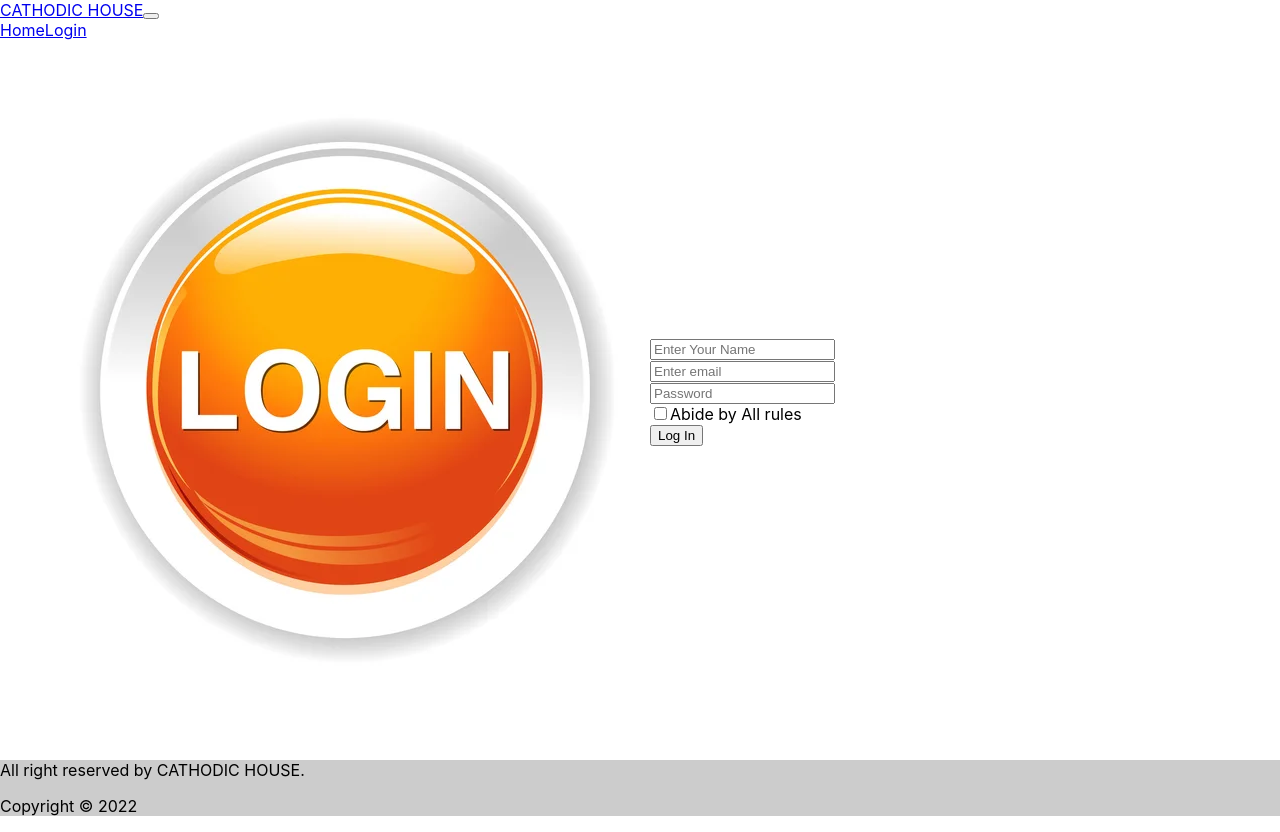
Repository: grnisna/warehouse-management-client-11
Page: /login
The author's editor kept a copy of each file at every save. The page is drawn from the files as they stood at one save, then again after the next save.
The browser window is 1280 px wide. The pictures show the whole page.
The project was rebuilt for these pictures with package versions that can differ from the ones it lists, and the page was loaded fresh each time. Also part of the build but not shown: src/components/Home/Carosel/Carosel.css, src/components/Home/Carosel/Carosel.js, src/components/Hooks/UseItems/UseItems.js, src/components/Home/Item/Item.css, src/components/Home/Item/Item.js, src/components/Home/Items/Items.css, src/components/Home/Items/Items.js, src/components/Home/Home.js and 3 more.

Above is the page before, as saved 2022-05-09 20:22:13.

### src/App.js
import { Route, Routes } from 'react-router-dom';
import Login from './components/Login/Login/Login';
import Header from './components/Home/Header/Header';
import Home from './components/Home/Home';
import ItemDetail from './components/Home/ItemDetail/ItemDetail';
import Footer from './components/Home/Footer/Footer';
import Carosel from './components/Home/Carosel/Carosel';
import { ToastContainer } from 'react-toastify';
import 'react-toastify/dist/ReactToastify.css';
import Registration from './components/Login/Registration/Registration';


function App() {
  return (
    <div>
      <Header></Header>
      <Routes>
        <Route path='/' element={<Home></Home>} ></Route>
        <Route path='/home' element={<Home></Home>} ></Route>
        <Route path='/carosel' element={<Carosel></Carosel>} ></Route>
        <Route path='/itemDetail/:itemId' element={<ItemDetail></ItemDetail>} ></Route>
        <Route path='/registration' element={<Registration></Registration>} ></Route>
        <Route path='/login' element={<Login></Login>} ></Route>
      </Routes>
      <Footer></Footer>
      <ToastContainer/>
    </div>
  );
}

export default App;

### src/components/Login/Login/Login.js
import React from 'react';
import auth from './firebase/firebase.init';
import { useCreateUserWithEmailAndPassword } from 'react-firebase-hooks/auth';
import { Button, Form } from 'react-bootstrap';
import image from '../../../images/login/login-image.jpg';
import './Login.css';

const Login = () => {
    const [
        createUserWithEmailAndPassword,
        user,
        loading,
        error,
      ] = useCreateUserWithEmailAndPassword(auth);

      const handleSignIn = event =>{
          event.preventDefault();
          const email = event.target.email.value;
          const password = event.target.password.value;
        createUserWithEmailAndPassword(email,password);
      }
    return (
        <div className=" login " >
            <div className='image-area' >
                <img className='img-fluid' src={image} alt="" />
            </div>

            <div>
            <Form onSubmit={handleSignIn}>
                <Form.Group className="mb-3" controlId="formBasicText">

                    <Form.Control type="text"  placeholder="Enter Your Name" />
                </Form.Group>

                <Form.Group className="mb-3" controlId="formBasicEmail">

                    <Form.Control type="email" name='email' placeholder="Enter email" />
                </Form.Group>

                <Form.Group className="mb-3" controlId="formBasicPassword">

                    <Form.Control type="password" name='password' placeholder="Password" />
                </Form.Group>

                <Form.Group className="mb-3" controlId="formBasicCheckbox">
                    <Form.Check type="checkbox" label="Abide by All rules" />
                </Form.Group>

                <Button className='w-100' variant="primary" type="submit">
                   Log In
                </Button>
            </Form>
            </div>
        </div>
    );
};

export default Login;

### src/components/Home/Header/Header.js
import React from 'react';
import { Container, Nav, Navbar } from 'react-bootstrap';
import { Link } from 'react-router-dom';

const Header = () => {
    return (
        <Navbar collapseOnSelect expand="lg" bg="dark" variant="dark">
            <Container>
                <Navbar.Brand as={Link} to="/home">CATHODIC HOUSE</Navbar.Brand>
                <Navbar.Toggle aria-controls="responsive-navbar-nav" />
                <Navbar.Collapse id="responsive-navbar-nav">
                    <Nav className="me-auto">
                        <Nav.Link href="#"></Nav.Link>
                        <Nav.Link href="#"></Nav.Link>

                    </Nav>
                    <Nav>
                        <Nav.Link as={Link} to="/home">Home</Nav.Link>
                        <Nav.Link eventKey={2}as={Link} to='/login'>
                            Login
                        </Nav.Link>
                    </Nav>
                </Navbar.Collapse>
            </Container>
        </Navbar>
    );
};

export default Header;

### src/components/Home/Footer/Footer.js
import React from 'react';
import './Footer.css';

const Footer = () => {
    const date = new Date().getFullYear();
    return (
        <div className='backgrond p-3 text-center' >
            <p>All right reserved by CATHODIC HOUSE.</p>
            <p><span>Copyright &copy; {date} </span></p>
        </div>
    );
};

export default Footer;

### src/components/Login/Login/firebase/firebase.init.js
// Import the functions you need from the SDKs you need
import { initializeApp } from "firebase/app";

import { getAuth } from "firebase/auth";
// TODO: Add SDKs for Firebase products that you want to use
// https://firebase.google.com/docs/web/setup#available-libraries

// Your web app's Firebase configuration
// For Firebase JS SDK v7.20.0 and later, measurementId is optional
const firebaseConfig = {
  apiKey: process.env.REACT_APP_apiKey,
  authDomain: process.env.REACT_APP_authDomain,
  projectId: process.env.REACT_APP_projectId,
  storageBucket: process.env.REACT_APP_storageBucket,
  messagingSenderId: process.env.REACT_APP_messagingSenderId,
  appId: process.env.REACT_APP_appId,
  measurementId: process.env.REACT_APP_measurementId
};

// Initialize Firebase
const app = initializeApp(firebaseConfig);

const auth = getAuth(app);

export default auth;

### src/components/Login/Login/Login.css
.login{
    display: grid;
    grid-template-columns: repeat(2,1fr);
    grid-gap: 10px;
    padding: 50px;
    align-items: center;

}
.image-area{
    width: 60%;
    height: auto;
}

### src/components/Home/Footer/Footer.css
.backgrond{
    background-color: #ccc;
}

### src/components/Login/Registration/Registration.css
.registration{
    display: grid;
    grid-template-columns: repeat(2,1fr);
    grid-gap: 10px;
    padding: 50px;

}
.image-area{
    width: 100%;
    height: auto;
}

Loaded but not shown: src/index.js (common file); src/index.css (common file); src/reportWebVitals.js (common file)

After the next save:
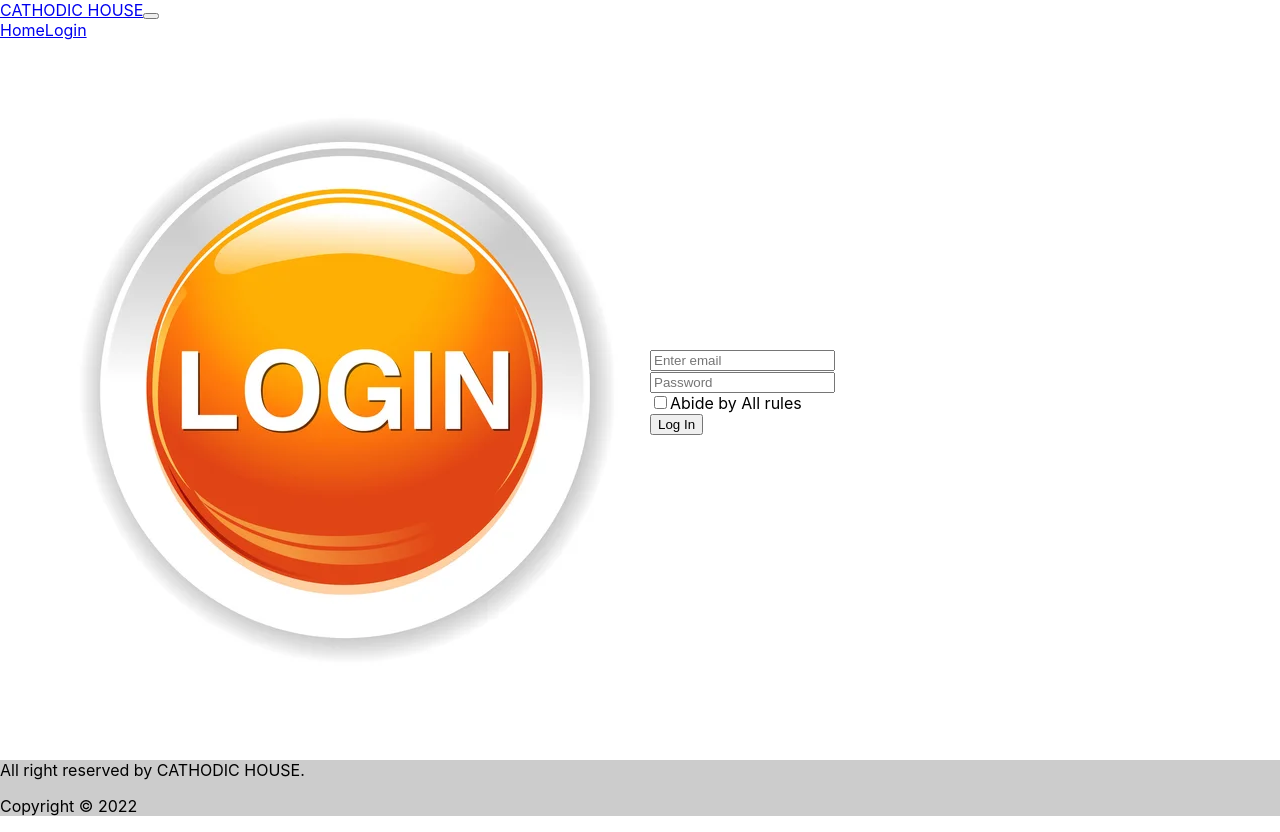
Saved 25 s later.
--- a/src/components/Login/Login/Login.js
+++ b/src/components/Login/Login/Login.js
@@ -27,10 +27,7 @@ const Login = () => {
 
             <div>
             <Form onSubmit={handleSignIn}>
-                <Form.Group className="mb-3" controlId="formBasicText">
 
-                    <Form.Control type="text"  placeholder="Enter Your Name" />
-                </Form.Group>
 
                 <Form.Group className="mb-3" controlId="formBasicEmail">
 
